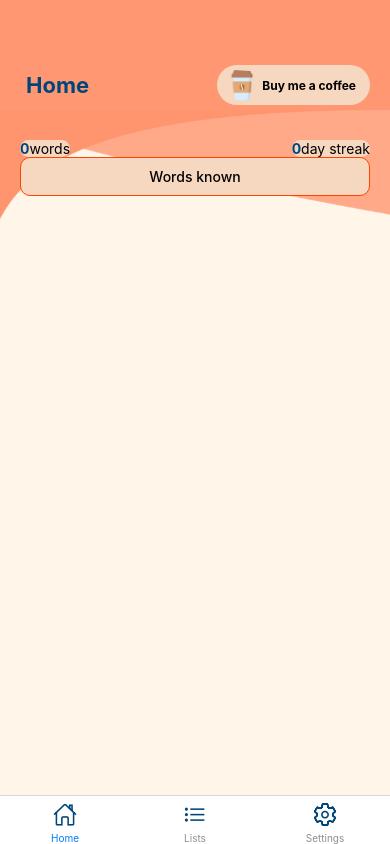
Repository: David-Waite/SpellingApp
Screen: /
These files come from the project's save history. The screen is drawn as it stood at one moment and after the next save; the edit follows.
The app was drawn by React Native's web renderer in a window 390 px wide. The project was rebuilt for these pictures with package versions that can differ from the ones it lists, and the page was loaded fresh each time. Also part of the build but not shown: screens/Settings.js, screens/SpellWord.js, screens/WordsLearnt.js, screens/WordListOverview.js, screens/WordLists.js, screens/Donate.js.

Above is the screen before, as saved 2023-06-22 22:23:07.

After the next save:
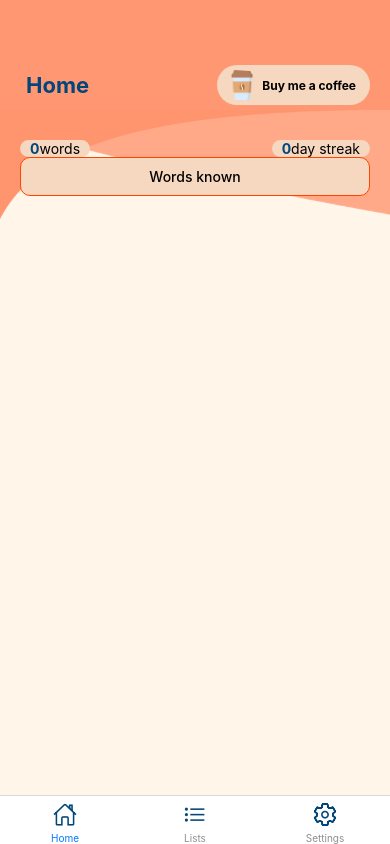
Saved 8 s later.
--- a/components/ui/Home/StatBtn.js
+++ b/components/ui/Home/StatBtn.js
@@ -18,6 +18,7 @@ const styles = StyleSheet.create({
     flexDirection: "row",
     backgroundColor: GlobalStyles.colors.primary100,
     borderRadius: 10,
+    paddingHorizontal: 10,
   },
   stat: {
     color: GlobalStyles.colors.accent500,
